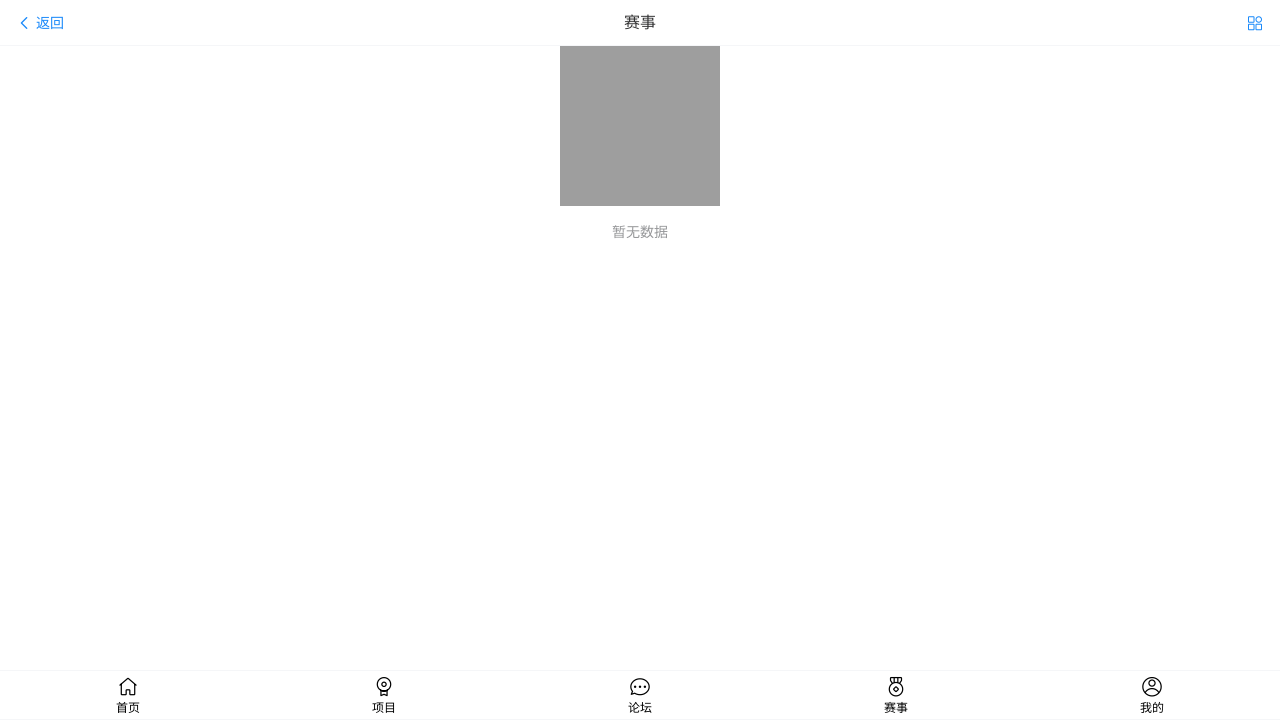
Repository: fisher002/sports
Page: /#/user/listtournament
An editor plug-in stored every save of this project. The page is shown before and after the next save, followed by the edit.
The browser window is 1280 px wide. The pictures show the whole page.
Pictures or frames that could not be fetched are drawn as grey boxes. The project was rebuilt for these pictures with package versions that can differ from the ones it lists, and the page was loaded fresh each time. Also part of the build but not shown: src/views/index.vue, src/utils/comUtils.js, src/views/mobile-index/index.vue, src/views/mobile-index/detailcompate.vue, src/views/mobile-index/userRegister.vue, src/views/mobile-index/login.vue, src/views/mobile-index/adminRegister.vue, src/views/mobile-index/adminLogin.vue and 14 more.

Above is the page before, as saved 2020-04-26 20:16:19.

After the next save:
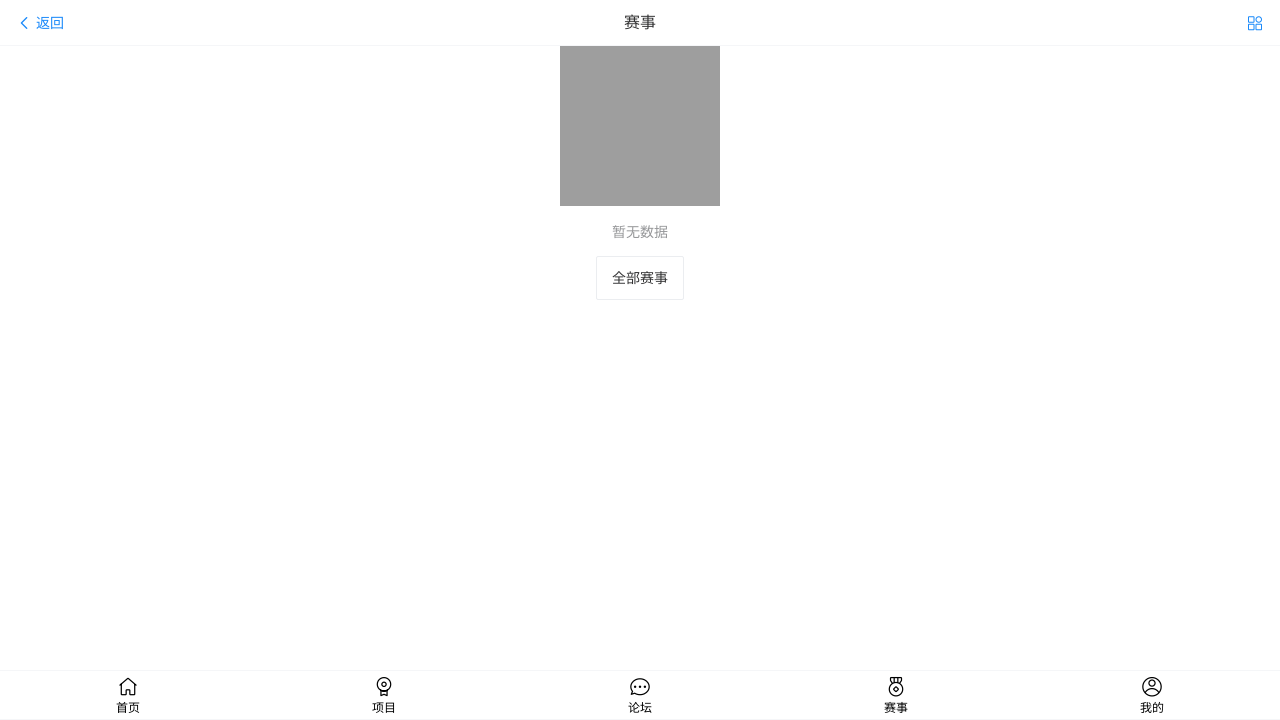
Saved 7 s later.
--- a/src/views/mobile-tournament/listtournament.vue
+++ b/src/views/mobile-tournament/listtournament.vue
@@ -52,6 +52,9 @@
         <van-empty description="暂无数据" />
       </div>
     </van-pull-refresh>
+    <div class="fixed bottom-right">
+      <van-button type="default">全部赛事</van-button>
+    </div>
   </div>
 </template>
 <script>
